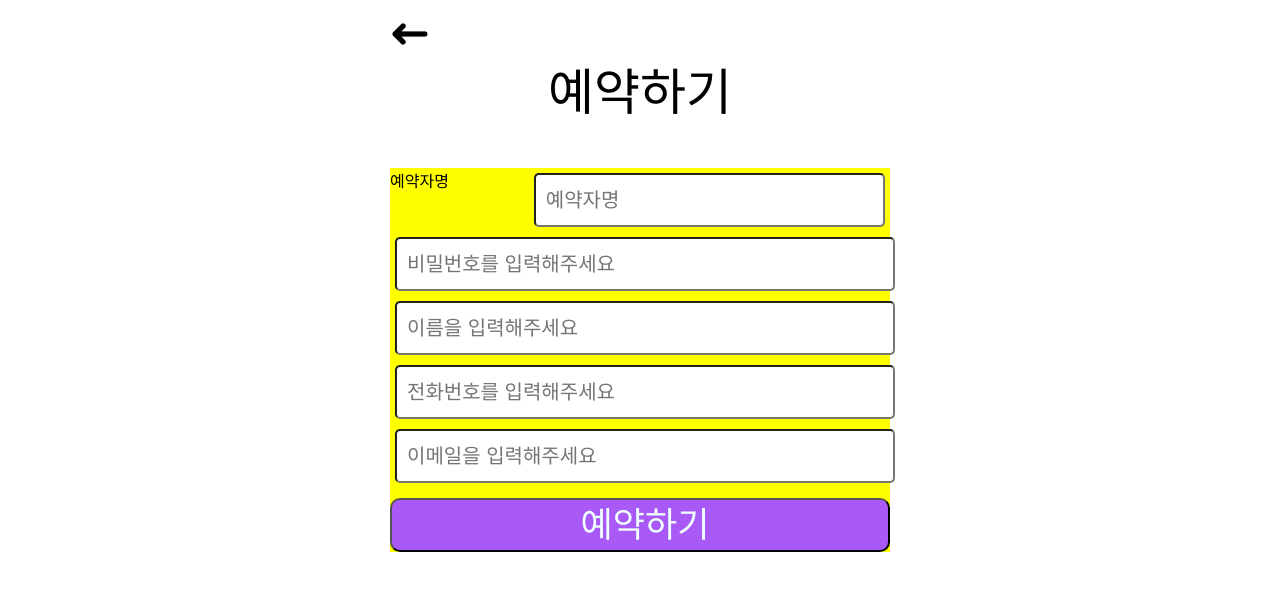
Repository: jaehunjeong4103/WebProject
Page: http://localhost/Web/view/reservation/reservation
An editor plug-in stored every save of this project. The page is shown before and after the next save, followed by the edit.
The browser window is 1280 px wide. The pictures show the whole page.
Some web fonts or font styles are not loaded; a fallback is used. The page is served by Tomcat 9.

Above is the page before, as saved 2023-06-06 01:19:46.

After the next save:
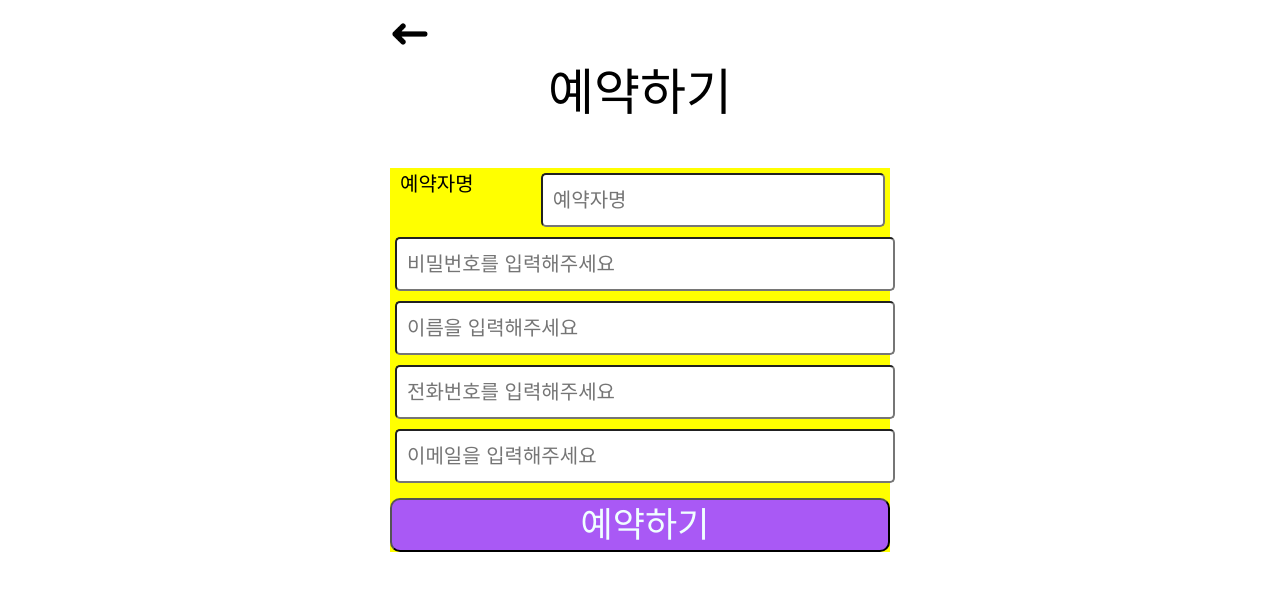
Saved 2 min 14 s later.
--- a/Web/src/main/webapp/css/reservation.css
+++ b/Web/src/main/webapp/css/reservation.css
@@ -113,6 +113,8 @@ a.reserbation {
 
 #reservation_body span {
 	width: 200px;
+	font-size: 20px;
+	padding-left: 10px;
 }
 
 .input {
